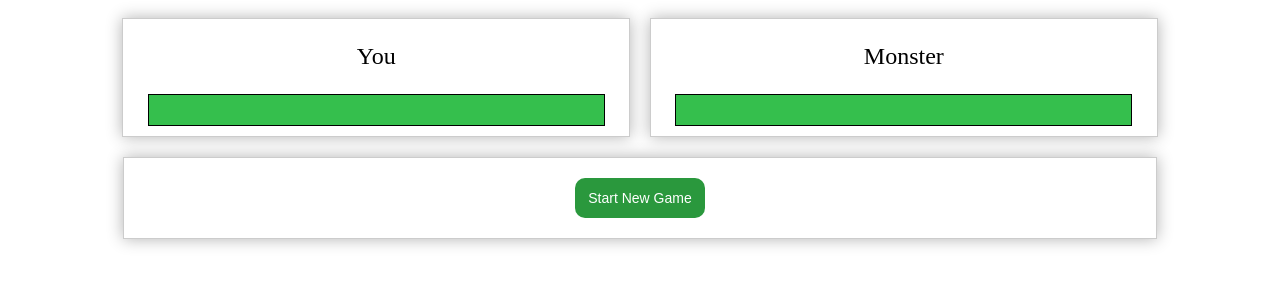
Repository: jakublack/game-fight-vue
Page: /
The author's editor kept a copy of each file at every save. The page is drawn from the files as they stood at one save, then again after the next save.
The browser window is 1280 px wide. The pictures show the whole page.
The project was rebuilt for these pictures with package versions that can differ from the ones it lists, and the page was loaded fresh each time.

Above is the page before, as saved 2018-08-08 20:53:33.

After the next save:
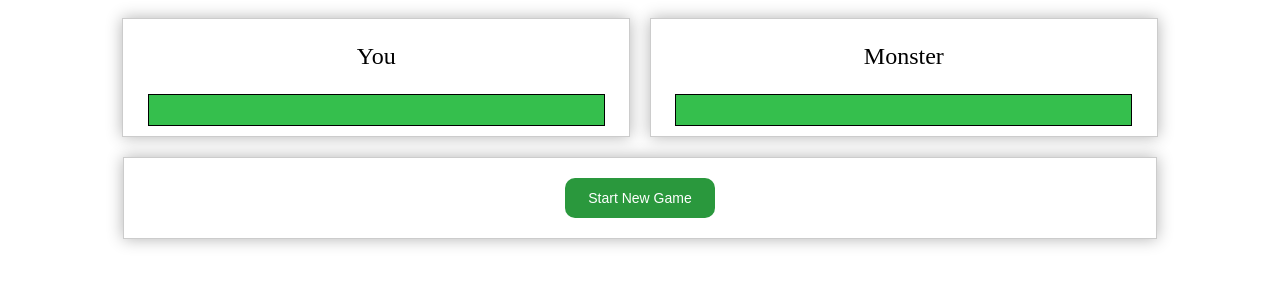
Saved 4 s later.
--- a/src/components/Game.vue
+++ b/src/components/Game.vue
@@ -65,7 +65,7 @@ export default {
   align-items: center;
 }
 .btn {
-  width: 130px;
+  width: 150px;
   height: 40px;
   border: none;
   cursor: pointer;
